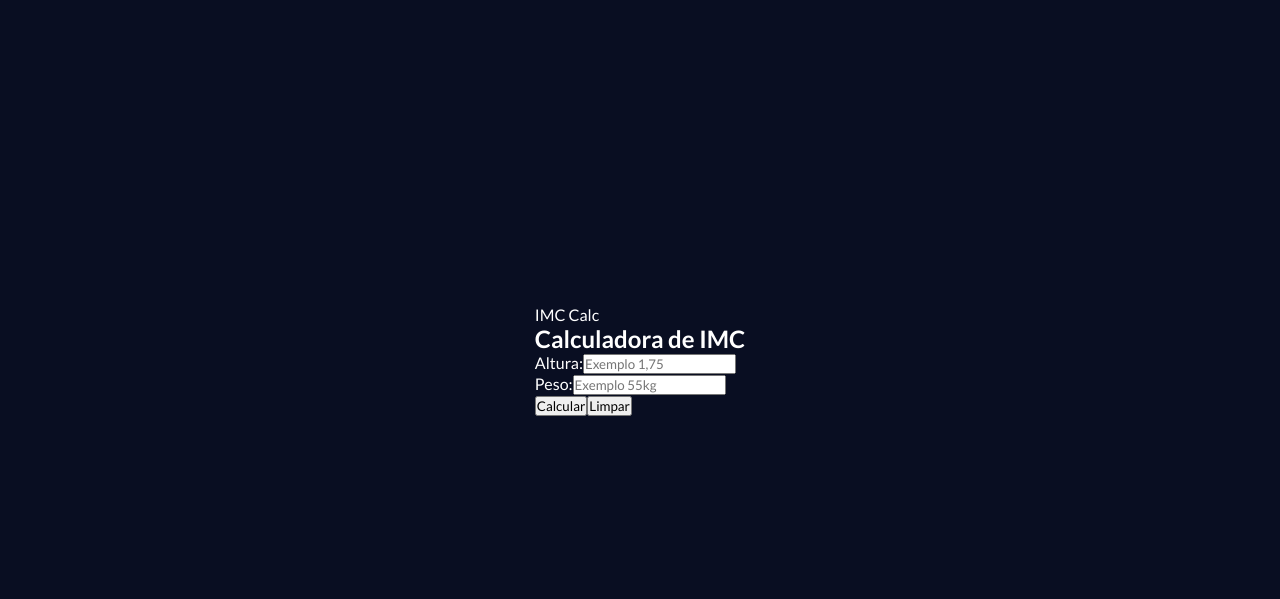
Repository: Bitroia/imc-calc-react
Page: / (app in imc/imc-calc/)
The author's editor kept a copy of each file at every save. The page is drawn from the files as they stood at one save, then again after a run of saves.
The browser window is 1280 px wide. The pictures show the whole page.
The project was rebuilt for these pictures with package versions that can differ from the ones it lists, and the page was loaded fresh each time. Also part of the build but not shown: imc/imc-calc/vite.config.js.

Above is the page before, as saved 2026-05-26 18:28:26.

### imc/imc-calc/index.html
<!doctype html>
<html lang="en">
  <head>
    <meta charset="UTF-8" />
    <link rel="icon" type="image/svg+xml" href="/favicon.svg" />
    <meta name="viewport" content="width=device-width, initial-scale=1.0" />
    <link rel="preconnect" href="https://fonts.googleapis.com" />
    <link rel="preconnect" href="https://fonts.gstatic.com" crossorigin />
    <link
      href="https://fonts.googleapis.com/css2?family=Lato:ital,wght@0,100;0,300;0,400;0,700;0,900;1,100;1,300;1,400;1,700;1,900&family=Montserrat:ital,wght@0,100..900;1,100..900&family=Roboto:ital,wght@0,100..900;1,100..900&display=swap"
      rel="stylesheet"
    />
    <title>imc-calc</title>
  </head>
  <body>
    <div id="root"></div>
    <script type="module" src="/src/main.jsx"></script>
  </body>
</html>

### imc/imc-calc/src/index.css
*{
  margin: 0;
  padding: 0;
  box-sizing: border-box;
  font-family: "Lato", sans-serif
}

body{
  background-color: #090e22;
  display: flex;
  justify-content: center;
  align-items: center;
  min-height: 100vh;
  color: #fff;
}

### imc/imc-calc/src/App.jsx
import { useState } from "react";
import ImcCalc from "./components/ImcCalc";

function App() {
  return (
    <div className="container">
      <p>IMC Calc</p>
      <ImcCalc/>
    </div>
  );
}

export default App;

### imc/imc-calc/src/components/ImcCalc.jsx
import React from "react";

const ImcCalc = () => {
  return (
    <div id="calc-container">
      <h2>Calculadora de IMC</h2>
      <form id="imc-form">
        <div className="form-inputs">
          <div className="form-control">
            <label htmlFor="height">Altura:</label>
            <input
              type="text"
              name="height"
              id="height"
              placeholder="Exemplo 1,75"
            />
          </div>
          <div className="form-control">
            <label htmlFor="weight">Peso:</label>
            <input
              type="text"
              name="weight"
              id="weight"
              placeholder="Exemplo 55kg"
            />
          </div>
        </div>
        <div className="action-control">
            <button>Calcular</button>
            <button>Limpar</button>
        </div>
      </form>
    </div>
  );
};

export default ImcCalc;

### imc/imc-calc/src/App.css
.container{
    min-height: 400px;
    min-height: 400px;
    background-color: #1d1e33;
    padding: 2rem;
}

Loaded but not shown: imc/imc-calc/src/main.jsx (common file)

After the next 2 saves:
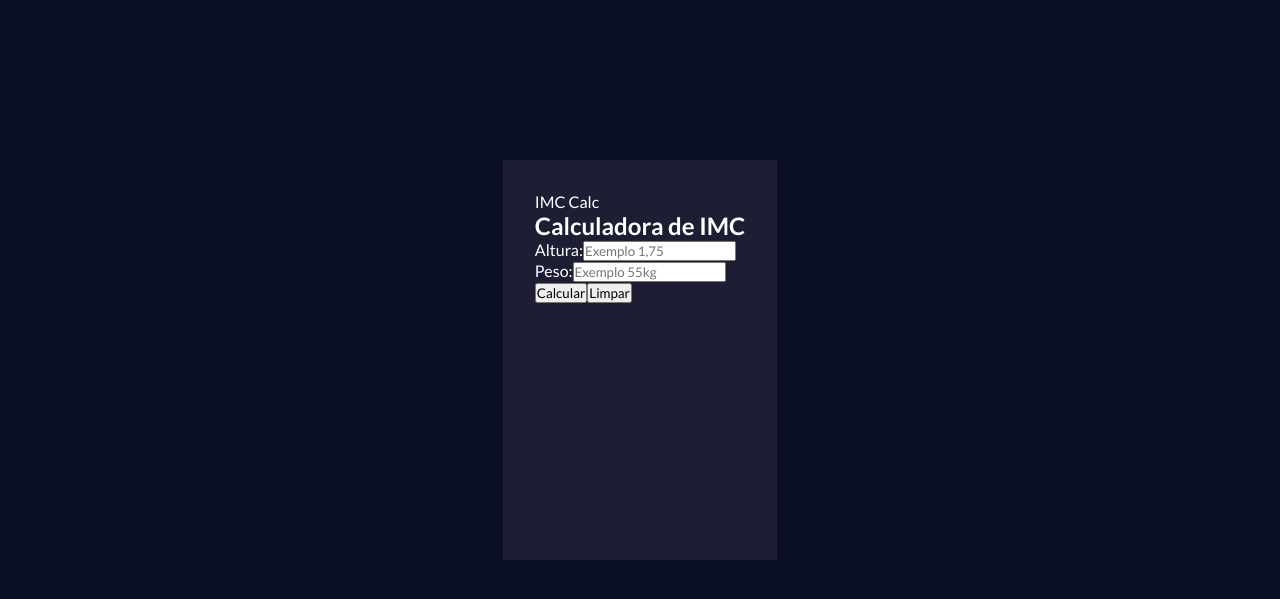
The 2 saves are shown as one change because they came seconds apart.
The last was saved 2 min 19 s later.
--- a/imc/imc-calc/src/App.jsx
+++ b/imc/imc-calc/src/App.jsx
@@ -1,5 +1,6 @@
 import { useState } from "react";
 import ImcCalc from "./components/ImcCalc";
+import "./App.css";
 
 function App() {
   return (
